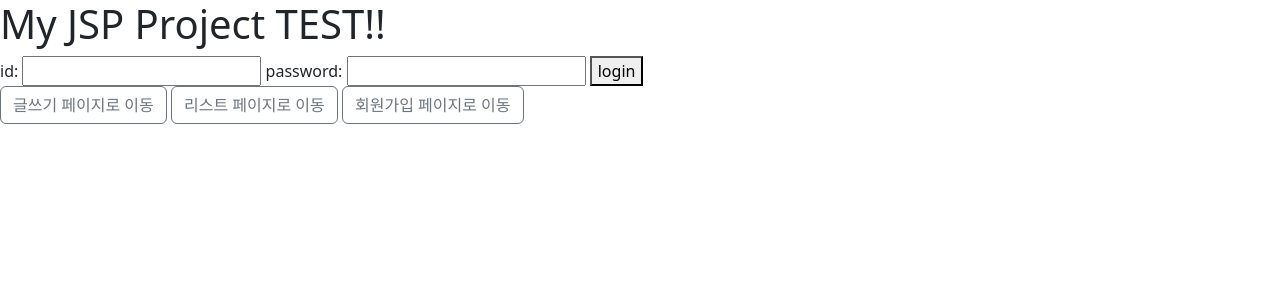
Repository: dlfhrrl12/jsptest
Page: http://localhost/jsp_study2/
These files come from the project's save history. The page is drawn as it stood at one moment and after the next save; the edit follows.
The browser window is 1280 px wide. The pictures show the whole page.
The page is served by Tomcat 9. The template is opened directly, without the code that normally fills it, so the values that code supplies are empty.

Above is the page before, as saved 2024-04-17 02:43:38.

After the next save:
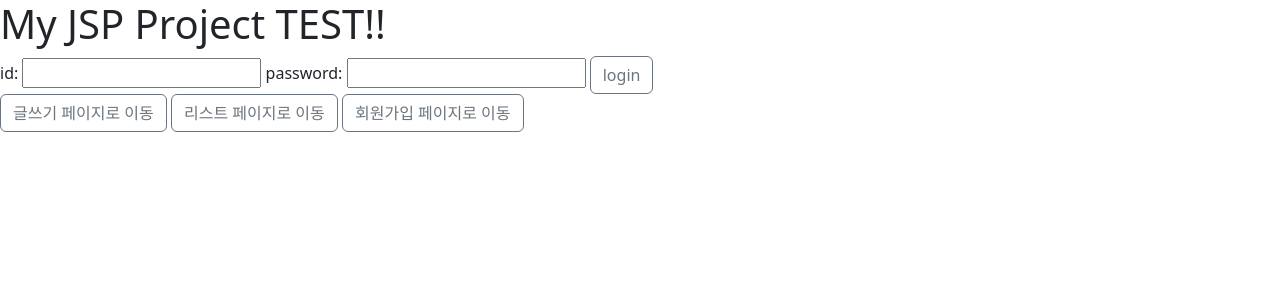
Saved 115 s later.
--- a/jsp_study2/src/main/webapp/index.jsp
+++ b/jsp_study2/src/main/webapp/index.jsp
@@ -19,9 +19,10 @@
 	 <form action="/memb/login" method="post">
 	 	id: <input type="text" name="id">
 	 	password: <input type="password" name="pwd">
-	 	<button type="submit">login</button>
+	 	<button type="submit" class="btn btn-outline-secondary">login</button>
 	 </form>
 	 </c:if>
+
 
 
 	<a href="/brd/register"> <button type="button" class="btn btn-outline-secondary"> 글쓰기 페이지로 이동</button></a>
